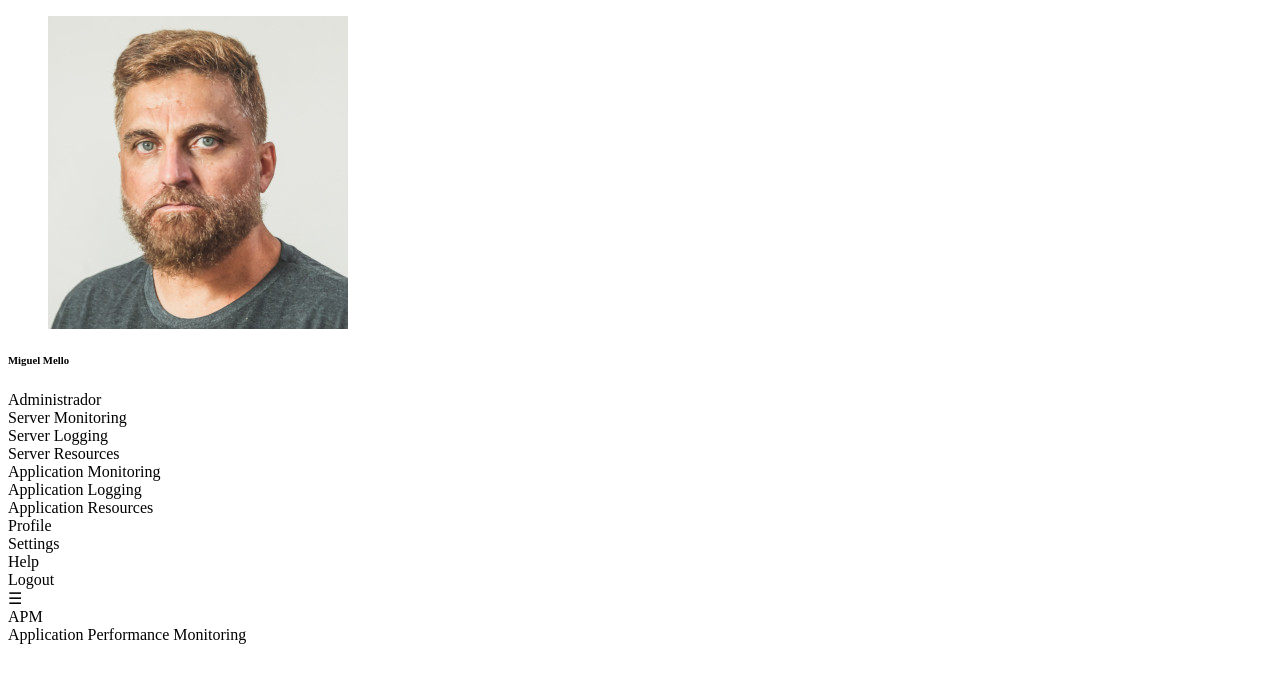
Repository: miguelamello/apm
Page: dashboard/components/toolbar/toolbar.html
The author's editor kept a copy of each file at every save. The page is drawn from the files as they stood at one save, then again after a run of saves.
The browser window is 1280 px wide. The pictures show the whole page.

Above is the page before, as saved 2023-04-20 13:26:39.

After the next 2 saves:
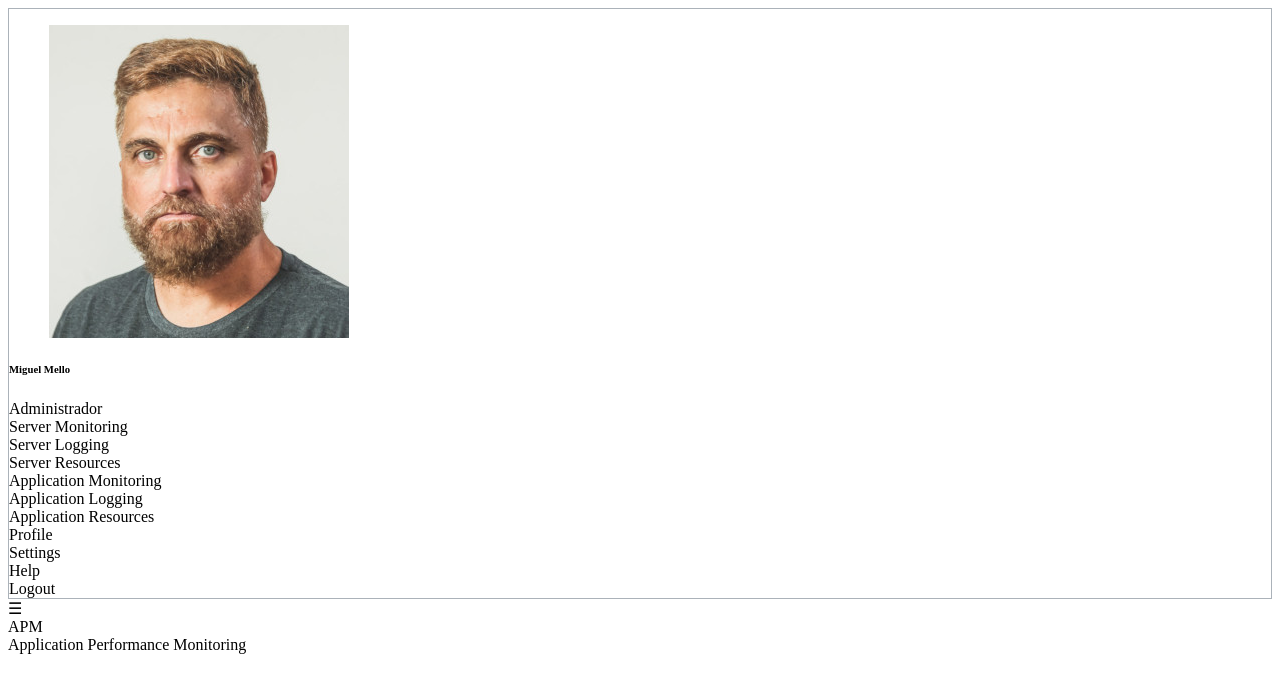
The 2 saves are shown as one change because they came seconds apart.
The last was saved 57 s later.
--- a/dashboard/components/toolbar/toolbar.html
+++ b/dashboard/components/toolbar/toolbar.html
@@ -1,6 +1,6 @@
 <!-- App menu -->
 <div  class="u-none frame bg-white h-screen u-shadow-none u-round-none pt-10 u-fixed"
-      style="border: 1px solid #" id="4t9hltwq4x">
+      style="border: 1px solid #ABB2B9;" id="4t9hltwq4x">
   <div class="frame__header u-text-center">
       <div>
           <figure class="avatar">
